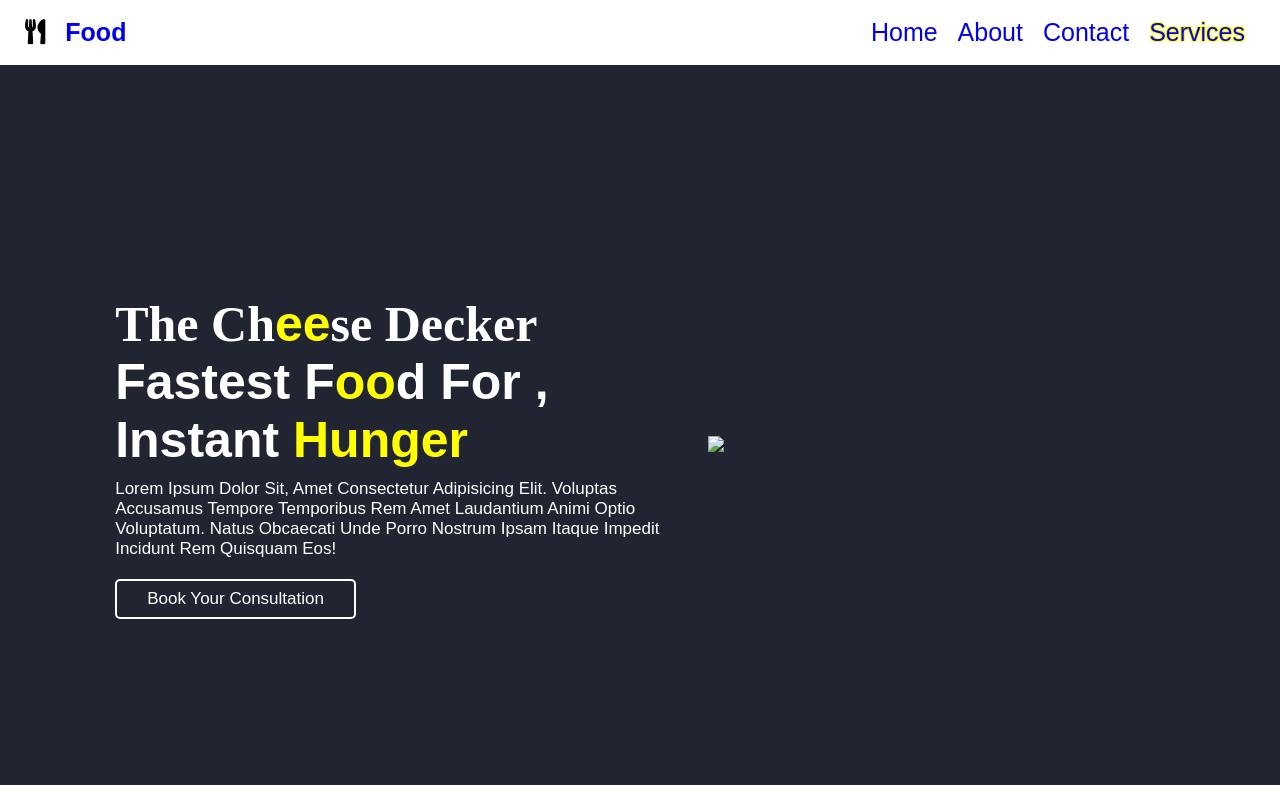
Repository: akiachenise/akiachenise.github.io
Page: booking.html
These files come from the project's save history. The page is drawn as it stood at one moment and after the next save; the edit follows.
The browser window is 1280 px wide. The pictures show the whole page.
Some web fonts or font styles are not loaded; a fallback is used.

Above is the page before, as saved 2023-06-09 12:26:05.

After the next save:
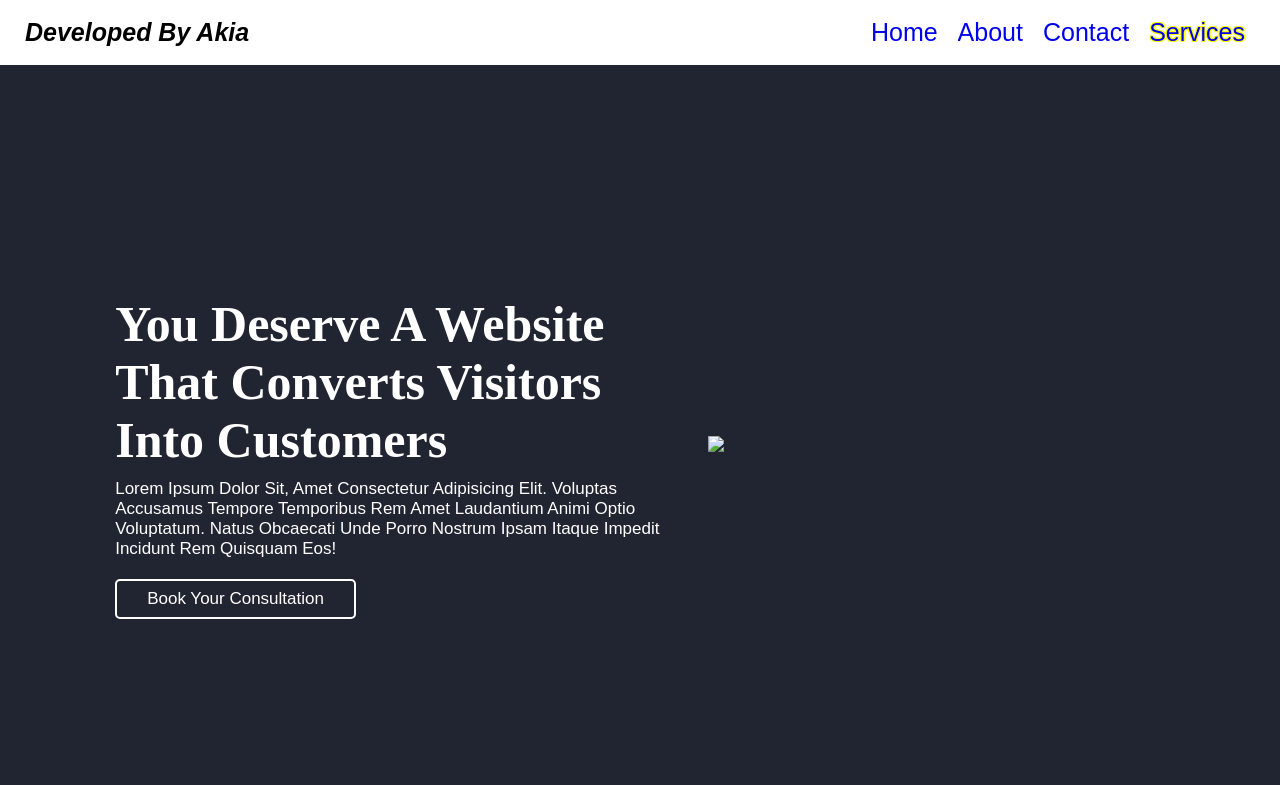
Saved 7 min 0 s later.
--- a/booking.html
+++ b/booking.html
@@ -20,7 +20,7 @@
 
             <!-- We can also insert any logo here     -->
             <div class="logo">
-                <a href="#"><i class="fas fa-utensils"></i>food</a>
+                <a href="#"><i class="">Developed By Akia</i></a>
             </div>
 
             <!--  checkbox to control the icon's state    -->
@@ -47,11 +47,10 @@
         <div class="content">
             <!-- Tagline -->
             <h3 class="mainfont">
-                The Ch<span class="yellowColor">ee</span>se Decker
+               You Deserve A Website that converts visitors into customers
             </h3>
             <h3>
-                fastest f<span class="yellowColor">oo</span>d for , instant
-                <span class="yellowColor">Hunger</span>
+
             </h3>
             <!--Description  -->
             <p>
